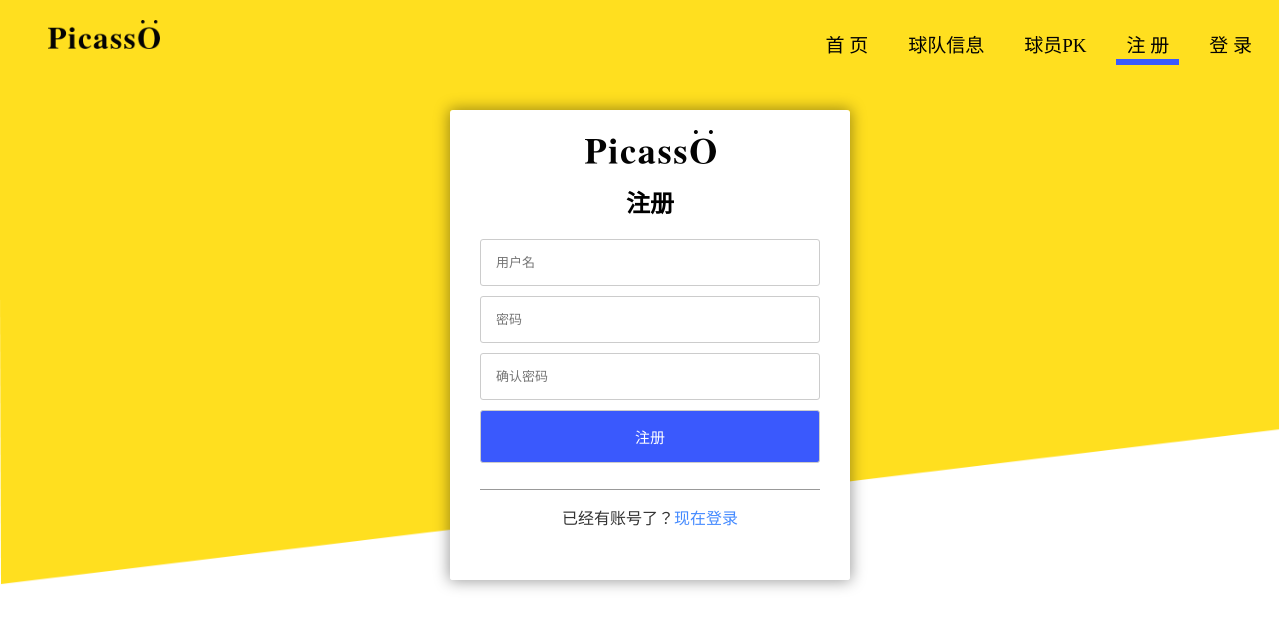
Repository: cciixx/nba-prediction-sys
Page: public/register.html
The author's editor kept a copy of each file at every save. The page is drawn from the files as they stood at one save, then again after the next save.
The browser window is 1280 px wide. The pictures show the whole page.

Above is the page before, as saved 2020-04-04 11:03:34.

### public/register.html
<html>
<head>
<meta charset="utf-8">
<title>NBA预测系统</title>
	<link  href="css/navl.css" rel="stylesheet" type="text/css">
	<link  href="css/user_form.css" rel="stylesheet" type="text/css">
	<style>
		body{
			background-image: url(/images/half_yellow.png);}
	body,td,th {
	font-family: "方正小标宋简体";}
	</style>
</head>

<body>
	<div>
	<ul class='navl'>
		<li><a href="login.html">登 录</a></li>
		<li style="border-bottom: 6px solid #3a59fd;"><a href="register.html">注 册</a></li>
		<li><a href="PK_index.html">球员PK</a></li>
		<!-- <li><a href="player.html">球员信息</a></li> -->
		<li><a href="team.html">球队信息</a></li>
		<!-- <li><a href="predict.html">赛事预测</a></li> -->
		<li><a href="first.html">首 页</a></li>
		<img src="images/logo.png">
		</ul></div>

<form  class="msform" name="form_reg" id="form_reg" method="post" action="back/reg_action.php">
<fieldset>
	<img src="images/logo.png">
	<h2>注册</h2>
	<input type="text" name="username" placeholder="用户名" />
	<input type="password" name="password1" placeholder="密码"/>
	<input type="password" name="password2" placeholder="确认密码"/>
	<input name="sumbit" type="submit" value="注册" style="background: #3a59fd;font-size:15px; font-family: '方正小标宋简体';color: white;">
	<p style="font-size: 16px;color:#333333;border-top: 1px solid #999999;padding: 15px;">已经有账号了？<a href="login.html" style="text-decoration: none;color: #448aff;">现在登录</a></p>
	</fieldset>
</form>

</body>
</html>

### public/css/navl.css
/* CSS Document */
body{
	background-repeat: no-repeat;
	background-position: top;
	background-size: 100%, 100%;
	background-attachment: fixed;
}
.header{
    overflow: hidden;
}
.btn{
	background: #3a59fd;
	font-family: '方正小标宋简体';
	color: white;
}
.navl ul{
	margin: 30px;
	width: 600px;
	height: 300px;
	color: #030303;
	position: absolute;
	top: 10px;
}
.navl li{
		height: 29px;
		width: fit-content;
		margin: 10px;
		list-style: none;
		float: right;
}
.navl img{
	float: left;
	height: 29px;
}
.navl a{
	margin: 0px 10px;
	color:#030303;
	text-align: left;
	text-decoration: none;
	font-size: 19px;
}
.wrapper{
    width: 100%;
}

### public/css/user_form.css
/* CSS Document */

.msform {
    width: 400px;
	height: 475px;
    margin: 20px auto;
    text-align: center;
    /* position: relative; */
}
.msform fieldset {
    width: 400px;
	height: fit-content;
    background: white;
    border: 0 none;
    border-radius: 3px;
    box-shadow: 0 0 15px 1px rgba(0, 0, 0, 0.4);
    padding: 20px 30px;
    box-sizing: border-box;
    position: absolute;
	top: 100px;
	margin: 10px;
}
.msform input, .msform textarea {
    padding: 15px;
    border: 1px solid #ccc;
    border-radius: 3px;
    margin-bottom: 10px;
    width: 100%;
    box-sizing: border-box;
    color: #2C3E50;
    font-size: 13px;
}

After the next save:
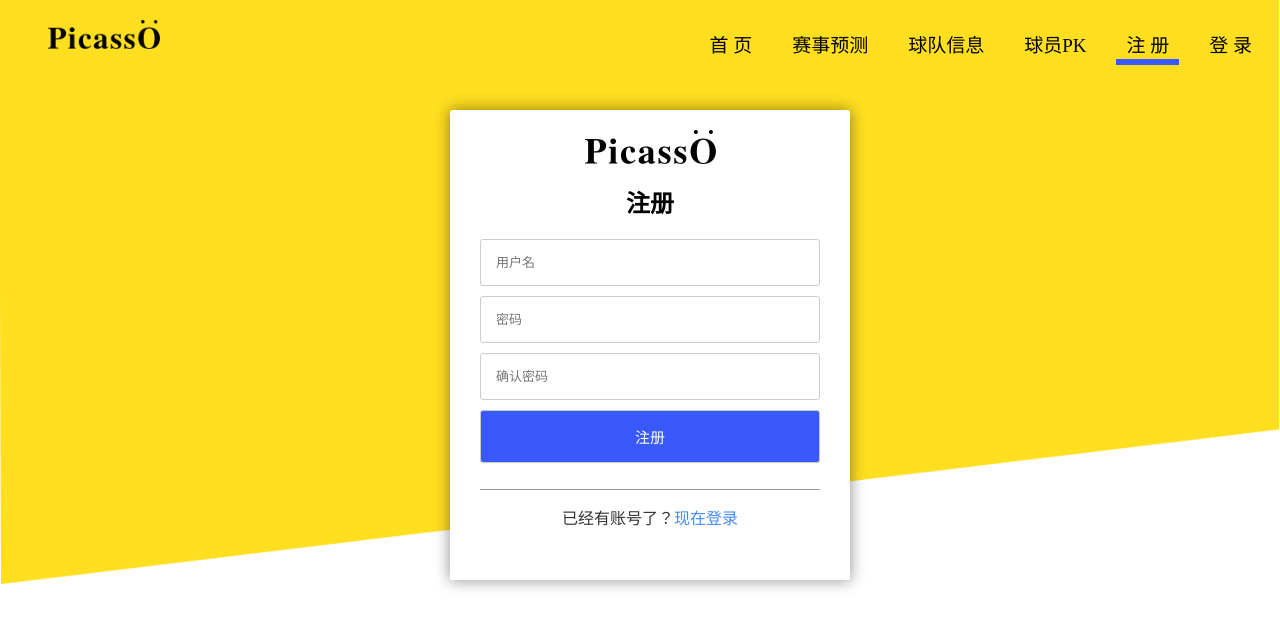
Saved 8 s later.
--- a/public/register.html
+++ b/public/register.html
@@ -20,7 +20,7 @@
 		<li><a href="PK_index.html">球员PK</a></li>
 		<!-- <li><a href="player.html">球员信息</a></li> -->
 		<li><a href="team.html">球队信息</a></li>
-		<!-- <li><a href="predict.html">赛事预测</a></li> -->
+		<li><a href="predict.html">赛事预测</a></li>
 		<li><a href="first.html">首 页</a></li>
 		<img src="images/logo.png">
 		</ul></div>
